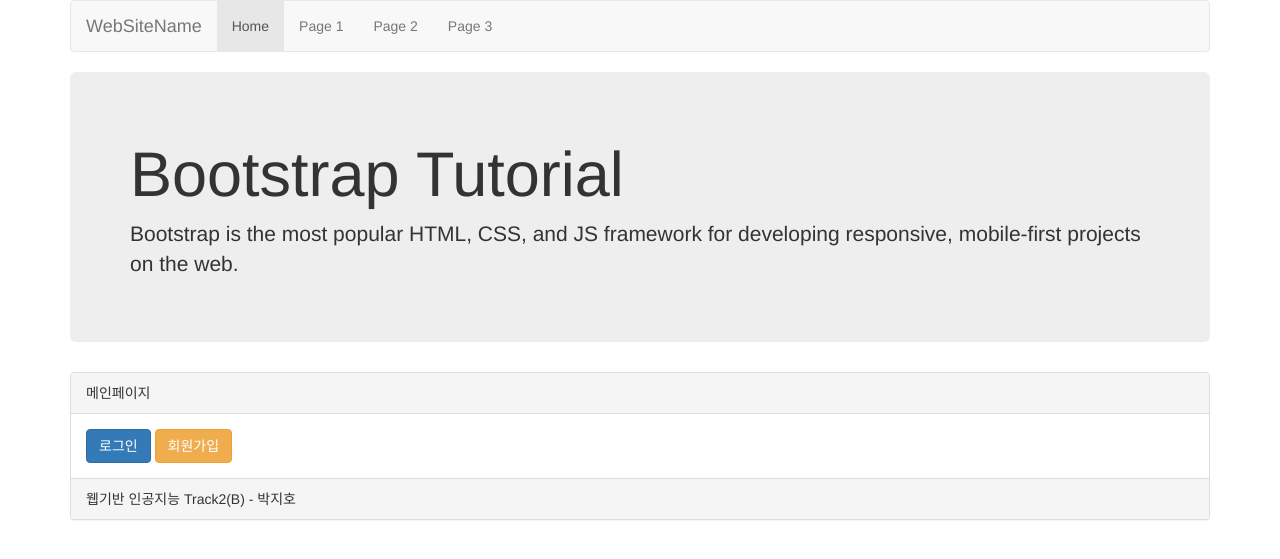
Repository: Jipumpkin/WebServer
Page: http://localhost/FrontCommandPattern/main.jsp
An editor plug-in stored every save of this project. The page is shown before and after a run of saves, followed by the edit.
The browser window is 1280 px wide. The pictures show the whole page.
The page is served by Tomcat 9. Other server files are loaded and not shown.

Above is the page before, as saved 2024-08-21 01:40:06.

### FrontCommandPattern/src/main/webapp/main.jsp
<%@page import="com.model.WMemberVO"%>
<%@page import="com.model.WMemberDAO"%>
<%@ page language="java" contentType="text/html; charset=EUC-KR"
    pageEncoding="EUC-KR"%>
<%@ taglib prefix="c" uri="http://java.sun.com/jsp/jstl/core" %>
<!DOCTYPE html>
<html>
<head>
<meta charset="EUC-KR">
<title>Insert title here</title>
<link rel="stylesheet" href="https://maxcdn.bootstrapcdn.com/bootstrap/3.4.1/css/bootstrap.min.css">
<script src="https://ajax.googleapis.com/ajax/libs/jquery/3.7.1/jquery.min.js"></script>
<script src="https://maxcdn.bootstrapcdn.com/bootstrap/3.4.1/js/bootstrap.min.js"></script>
</head>
<body>


	<div class="container">

		<nav class="navbar navbar-default">
		  <div class="container-fluid">
		    <div class="navbar-header">
		      <a class="navbar-brand" href="#">WebSiteName</a>
		    </div>
		    <ul class="nav navbar-nav">
		      <li class="active"><a href="#">Home</a></li>
		      <li><a href="#">Page 1</a></li>
		      <li><a href="#">Page 2</a></li>
		      <li><a href="#">Page 3</a></li>
		    </ul>
		  </div>
		</nav>

	    <div class="jumbotron">
		    <h1>Bootstrap Tutorial</h1>
		    <p>Bootstrap is the most popular HTML, CSS, and JS framework for developing
		    responsive, mobile-first projects on the web.</p>
	  	</div>

	 	<div class="panel panel-default">
		    <div class="panel-heading">메인페이지</div>

		    <div class="panel-body">

		    <!-- jstl choose 문으로 구현 -->
<%-- 				<c:choose>
					<c:when test="${info != null}">
				    	<!-- 로그인을 했을때 -->
				    	${info.nick}, Welcome! <br>
						<a href="logoutController"><button class="btn btn-danger">로그아웃</button></a>
					</c:when>
					<c:otherwise>
				    	<!-- 로그인을 안했을때 -->
						<a href="login.jsp"><button class="btn btn-primary">로그인</button></a>
						<a href="join.jsp"><button class="btn btn-warning">회원가입</button></a>
					</c:otherwise>
				</c:choose> --%>





		    	<!-- jstl if 문으로 구현 -->
		    	<c:if test="${empty info}">
						<a href="login.jsp"><button class="btn btn-primary">로그인</button></a>
						<a href="join.jsp"><button class="btn btn-warning">회원가입</button></a>
		    	</c:if>

		    	<c:if test="${not empty info}">
		    			<c:out value="${info.nick}"/>
		  			  	<!--

		  			  	${info.nick}

		  			  	위 코드는 인젝션 공격의 위험이 있기때문에 위의 c:out 태그를 활용함

		  			  	 -->
		  			  	, Welcome! <br>
						<a href="LogoutController"><button class="btn btn-danger">로그아웃</button></a>

						<!-- 아이디가 admin인 사람만 -->
						<c:if test="${info.id eq 'admin'}">
							<a class="btn btn-info" href="ListController">회원정보</a>
						</c:if>












		    	</c:if>

		    	<!--
		    	세션에서 info 값을 가져오지 않아도 작동하는 이유 (스크립트릿과 차이점)

		    	1. jstl 태그를 사용할때, 자동으로 페이지 컨텐스트, 요청, 세션, 애플리케이션 이 4가지 스코프에서 순차적으로 변수를 검색하고,
		    	가장 가까운 변수를 자동으로 가져온다.

		    	2.(현재 상황) info 객체가 jsp 페이지에서 직접 설정된것이 아니라도 서블릿 또는 다른 jsp 페이지에서 request 또는 session 범위에 저장된 상태라면
		    	이를 자동으로 검색하여 가져온다.

		    	예를 들어, LoginController 서블릿에서 request.setAttribute("info", info);로 설정된 경우,
		    	info 객체는 request 범위에 저장됩니다. JSTL 태그 라이브러리는 이 info를 자동으로 검색할 수 있다.

		    	-->







		    </div>

		    <div class="panel-footer">웹기반 인공지능 Track2(B) - 박지호</div>
	  	</div>
	</div>

</body>
</html>

After the next 2 saves:
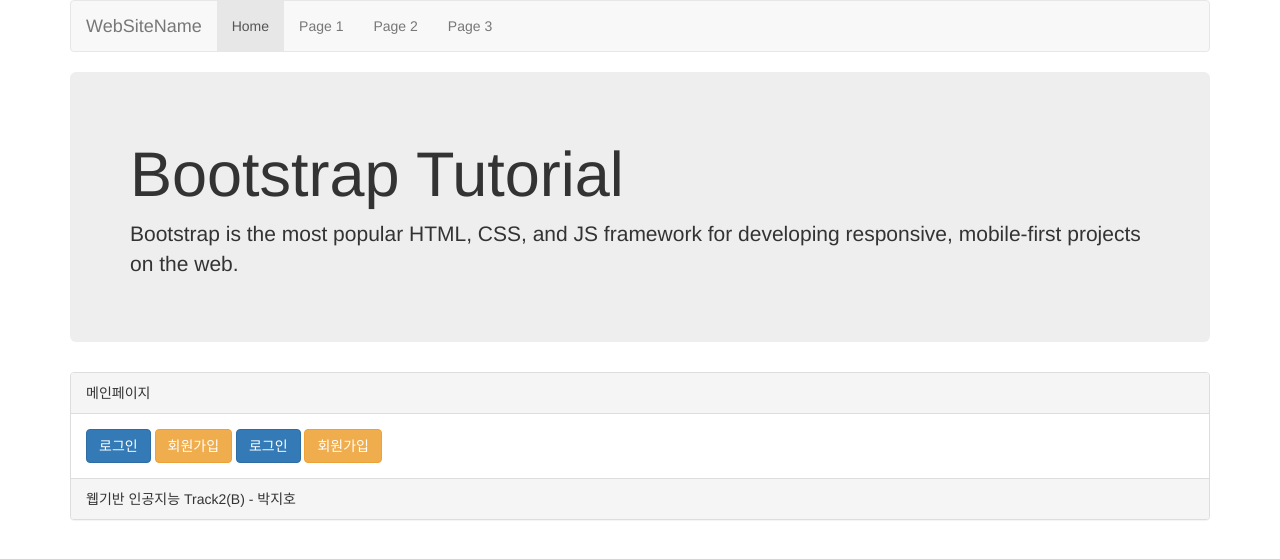
The 2 saves are shown as one change because 1 did not build or start.
The last was saved 55 s later.
--- a/FrontCommandPattern/src/main/webapp/main.jsp
+++ b/FrontCommandPattern/src/main/webapp/main.jsp
@@ -43,7 +43,7 @@
 		    <div class="panel-body">
 
 		    <!-- jstl choose 문으로 구현 -->
-<%-- 				<c:choose>
+				<c:choose>
 					<c:when test="${info != null}">
 				    	<!-- 로그인을 했을때 -->
 				    	${info.nick}, Welcome! <br>
@@ -54,7 +54,7 @@
 						<a href="login.jsp"><button class="btn btn-primary">로그인</button></a>
 						<a href="join.jsp"><button class="btn btn-warning">회원가입</button></a>
 					</c:otherwise>
-				</c:choose> --%>
+				</c:choose>
 
 
 

After the save that followed:
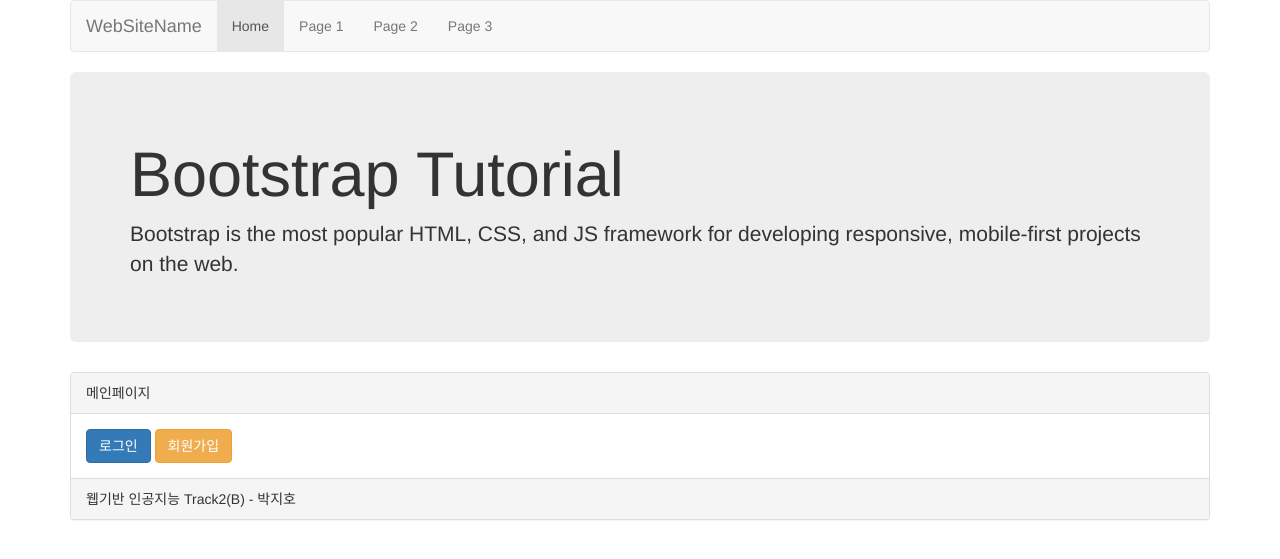
Saved 12 s later.
--- a/FrontCommandPattern/src/main/webapp/main.jsp
+++ b/FrontCommandPattern/src/main/webapp/main.jsp
@@ -43,7 +43,7 @@
 		    <div class="panel-body">
 
 		    <!-- jstl choose 문으로 구현 -->
-				<c:choose>
+<%-- 			<c:choose>
 					<c:when test="${info != null}">
 				    	<!-- 로그인을 했을때 -->
 				    	${info.nick}, Welcome! <br>
@@ -54,7 +54,7 @@
 						<a href="login.jsp"><button class="btn btn-primary">로그인</button></a>
 						<a href="join.jsp"><button class="btn btn-warning">회원가입</button></a>
 					</c:otherwise>
-				</c:choose>
+				</c:choose> --%>
 
 
 
